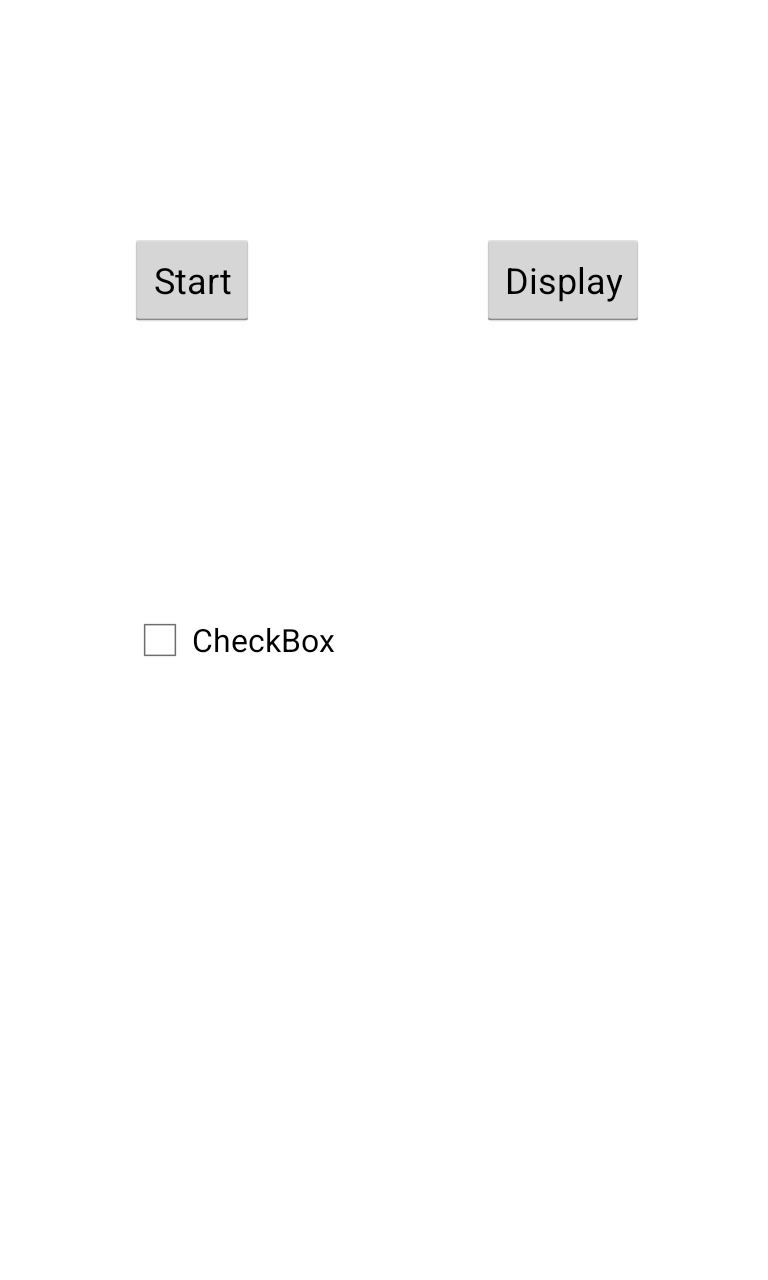
Repository: MadhuHS/JECM3
Layout: Threads_Demo/res/layout/activity_main.xml
The author's editor kept a copy of each file at every save. The layout is drawn from the files as they stood at one save, then again after the next save.
It is drawn on a 768 x 1280 px phone screen (xhdpi) without system bars, with theme AppTheme; the app's code is not run.

Above is the layout before, as saved 2015-12-10 03:27:46.

### Threads_Demo/res/layout/activity_main.xml
<RelativeLayout xmlns:android="http://schemas.android.com/apk/res/android"
    xmlns:tools="http://schemas.android.com/tools"
    android:layout_width="match_parent"
    android:layout_height="match_parent"
    android:paddingBottom="@dimen/activity_vertical_margin"
    android:paddingLeft="@dimen/activity_horizontal_margin"
    android:paddingRight="@dimen/activity_horizontal_margin"
    android:paddingTop="@dimen/activity_vertical_margin"
    tools:context=".MainActivity" >

    <Button
        android:id="@+id/buttonstart"
        android:layout_width="wrap_content"
        android:layout_height="wrap_content"
        android:layout_alignParentLeft="true"
        android:layout_alignParentTop="true"
        android:layout_marginLeft="48dp"
        android:layout_marginTop="100dp"
        android:text="Start" />

    <Button
        android:id="@+id/buttondisplay"
        android:layout_width="wrap_content"
        android:layout_height="wrap_content"
        android:layout_alignBaseline="@+id/buttonstart"
        android:layout_alignBottom="@+id/buttonstart"
        android:layout_alignParentRight="true"
        android:layout_marginRight="45dp"
        android:text="Display" />

    <CheckBox
        android:id="@+id/checkBox1"
        android:layout_width="wrap_content"
        android:layout_height="wrap_content"
        android:layout_alignLeft="@+id/buttonstart"
        android:layout_centerVertical="true"
        android:text="CheckBox" />

</RelativeLayout>

Loaded but not shown: Threads_Demo/res/values/styles.xml (common file); Threads_Demo/res/values-v11/styles.xml (common file); Threads_Demo/res/values-v14/styles.xml (common file); Threads_Demo/res/values/dimens.xml (common file)

After the next save:
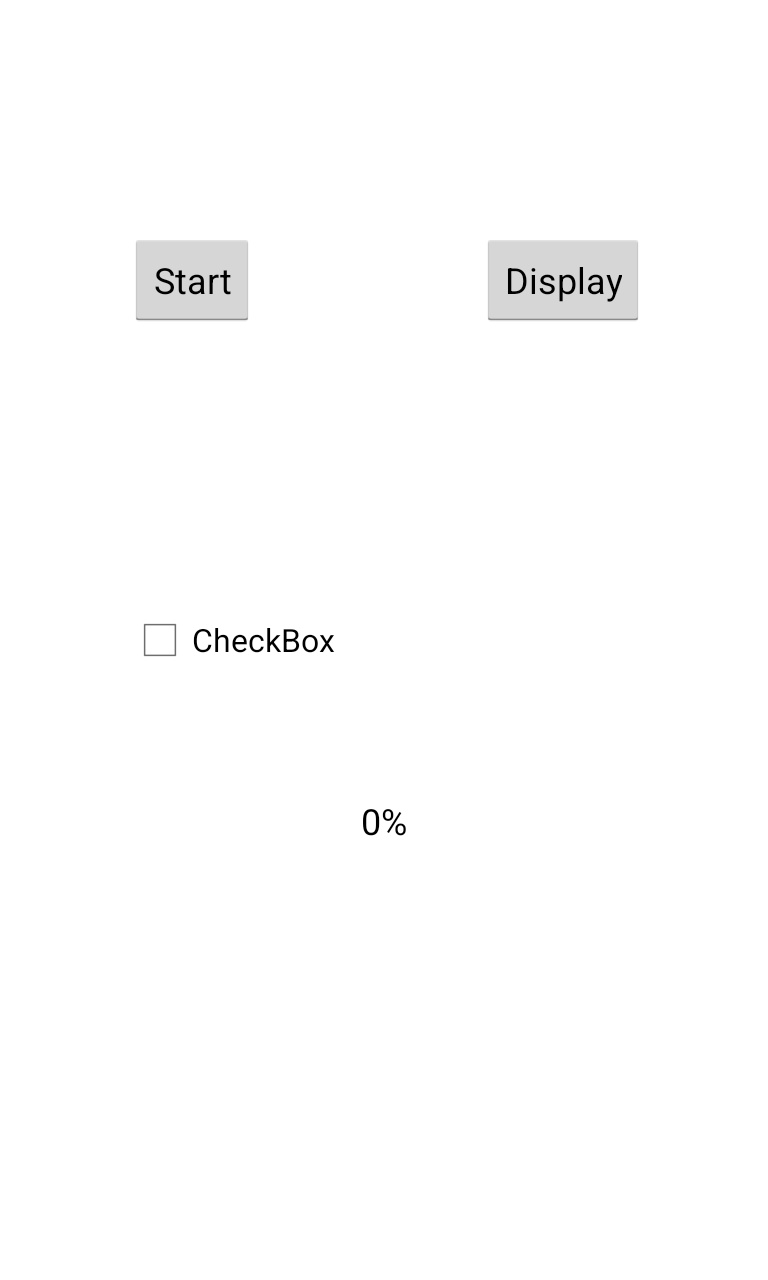
Saved 2 min 43 s later.
--- a/Threads_Demo/res/layout/activity_main.xml
+++ b/Threads_Demo/res/layout/activity_main.xml
@@ -36,4 +36,14 @@
         android:layout_centerVertical="true"
         android:text="CheckBox" />
 
+    <TextView
+        android:id="@+id/textView1"
+        android:layout_width="wrap_content"
+        android:layout_height="wrap_content"
+        android:layout_below="@+id/checkBox1"
+        android:layout_centerHorizontal="true"
+        android:layout_marginTop="62dp"
+        android:text="0%"
+        android:textAppearance="?android:attr/textAppearanceMedium" />
+
 </RelativeLayout>
